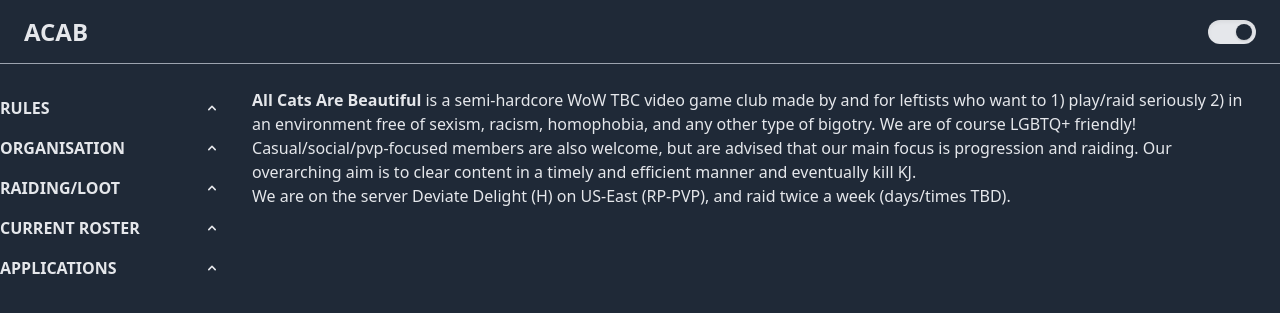
Repository: eaang/catguild_frontend
Page: /
These files come from the project's save history. The page is drawn as it stood at one moment and after the next save; the edit follows.
The browser window is 1280 px wide. The pictures show the whole page.
The project was rebuilt for these pictures with package versions that can differ from the ones it lists, and the page was loaded fresh each time. The framework's server and built-in components were replaced by stand-ins that run in the browser. Also part of the build but not shown: nuxt.config.js, components/ContentBox.vue, components/ContentEditor.vue, components/ImageBox.vue, components/SidebarItem.vue, components/SidebarSub.vue, components/TheFoooter.vue, components/icons/ChevronDown.vue and 20 more. Imported but missing from the stored project, and not drawn on this page: apollo/queries/categories/category.

Above is the page before, as saved 2021-04-02 19:52:12.

### components/SidebarMain.vue
<template>
  <div
    class="flex justify-between items-center cursor-pointer"
    @click="toggle = !toggle"
  >
    <div class="py-2 font-semibold uppercase">{{ title }}</div>
    <div class="px-2">
      <div v-if="toggle" class="h-4 w-4"><ChevronDown /></div>
      <div v-if="!toggle" class="h-4 w-4"><ChevronUp /></div>
    </div>
  </div>
</template>

<script>
export default {
  props: {
    title: {
      type: String,
      default: 'Category',
    },
  },
  data() {
    return {
      toggle: false,
    }
  },
}
</script>

### components/TheHeader.vue
<template>
  <div class="w-full h-16 flex items-center border-b border-gray-400">
    <div class="w-full p-6 flex justify-between items-center">
      <div class="left-side">
        <nuxt-link to="/"
          ><div class="text-2xl font-bold text-gray-800 dark:text-gray-200">
            ACAB
          </div></nuxt-link
        >
      </div>
      <div class="right-side">
        <div @click="changeTheme">
          <ToggleButton :is-active="thisTheme" />
        </div>
      </div>
    </div>
  </div>
</template>

<script>
export default {
  data() {
    return {
      thisTheme: false,
    }
  },
  methods: {
    changeTheme() {
      this.thisTheme = !this.thisTheme
      this.$nuxt.$emit('change-theme')
    },
  },
}
</script>

### components/TheSidebar.vue
<template>
  <div class="">
    <SidebarMain title="Rules" />
    <SidebarMain title="Organisation" />
    <SidebarMain title="Raiding/Loot" />
    <SidebarMain title="Current Roster" />
    <SidebarMain title="Applications" />
  </div>
</template>

<script>
export default {}
</script>

### components/ToggleButton.vue
<template>
  <div
    class="w-12 h-6 px-1 rounded-full grid justify-items-auto items-center shadow-inner transition duration-200"
    :class="{ 'bg-gray-800': currentStatus, 'bg-gray-200': !currentStatus }"
  >
    <transition name="left">
      <div
        v-if="currentStatus"
        class="bg-gray-200 w-4 h-4 rounded-full shadow justify-self-start shadow-"
      ></div>
    </transition>
    <transition name="right">
      <div
        v-if="!currentStatus"
        class="bg-gray-800 w-4 h-4 rounded-full shadow justify-self-end"
      ></div>
    </transition>
  </div>
</template>

<script>
export default {
  props: {
    isActive: {
      type: Boolean,
      default: false,
    },
  },
  computed: {
    currentStatus() {
      return this.isActive
    },
  },
}
</script>

<style scoped>
.left-enter-active,
.left-leave-enter {
  transform: translateX(0);
  transition: all 0.2s linear;
}
.left-enter,
.left-leave-to {
  transform: translateX(100%);
}
.right-enter-active,
.right-leave-enter {
  transform: translateX(0);
  transition: all 0.2s linear;
}
.right-enter,
.right-leave-to {
  transform: translateX(-100%);
}
</style>

### components/icons/ChevronUp.vue
<template>
  <svg
    xmlns="http://www.w3.org/2000/svg"
    viewBox="0 0 20 20"
    fill="currentColor"
  >
    <path
      fill-rule="evenodd"
      d="M14.707 12.707a1 1 0 01-1.414 0L10 9.414l-3.293 3.293a1 1 0 01-1.414-1.414l4-4a1 1 0 011.414 0l4 4a1 1 0 010 1.414z"
      clip-rule="evenodd"
    />
  </svg>
</template>

### layouts/default.vue
<template>
  <div :class="{ dark: darkTheme }">
    <div
      class="relative pt-16 h-screen theme bg-gray-200 text-gray-800 dark:bg-gray-800 dark:text-gray-200 transition duration-200"
    >
      <TheHeader class="absolute inset-x-0 top-0" />
      <div class="container h-full">
        <div class="flex h-full pt-6">
          <TheSidebar class="w-1/3 h-full" />
          <Nuxt class="h-full" />
        </div>
        <TheFooter />
      </div>
    </div>
  </div>
</template>

<script>
export default {
  data() {
    return {
      darkTheme: true,
    }
  },
  created() {
    this.$nuxt.$on('change-theme', () => {
      this.darkTheme = !this.darkTheme
    })
  },
}
</script>

### pages/index.vue
<template>
  <div class="px-6">
    <p>
      <strong> All Cats Are Beautiful </strong>
      is a semi-hardcore WoW TBC video game club made by and for leftists who
      want to 1) play/raid seriously 2) in an environment free of sexism,
      racism, homophobia, and any other type of bigotry. We are of course LGBTQ+
      friendly!
    </p>
    <p>
      Casual/social/pvp-focused members are also welcome, but are advised that
      our main focus is progression and raiding. Our overarching aim is to clear
      content in a timely and efficient manner and eventually kill KJ.
    </p>
    <p>
      We are on the server Deviate Delight (H) on US-East (RP-PVP), and raid
      twice a week (days/times TBD).
    </p>
  </div>
</template>

<script>
export default {}
</script>

### tailwind.config.js
module.exports = {
  purge: [
    './components/**/*.{vue,js}',
    './layouts/**/*.vue',
    './pages/**/*.vue',
    './plugins/**/*.{js,ts}',
    './nuxt.config.{js,ts}',
  ],
  darkMode: 'class', // or 'media' or 'class'
  theme: {
    container: {
      center: true,
    },
    extend: {},
  },
  variants: {
    extend: {},
  },
  plugins: [],
}

Loaded but not shown: assets/css/tailwind.css (common file); components/TheFooter.vue (common file)

After the next save:
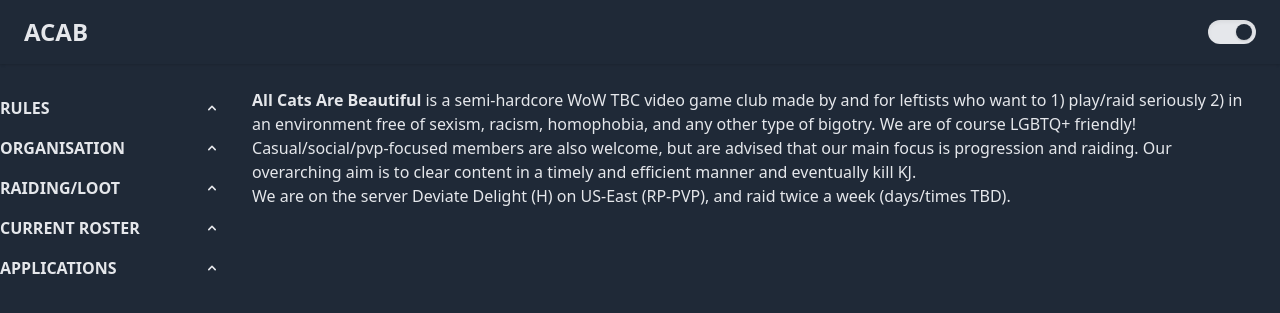
Saved 66 s later.
--- a/components/TheHeader.vue
+++ b/components/TheHeader.vue
@@ -1,5 +1,5 @@
 <template>
-  <div class="w-full h-16 flex items-center border-b border-gray-400">
+  <div class="w-full h-16 flex items-center shadow">
     <div class="w-full p-6 flex justify-between items-center">
       <div class="left-side">
         <nuxt-link to="/"
